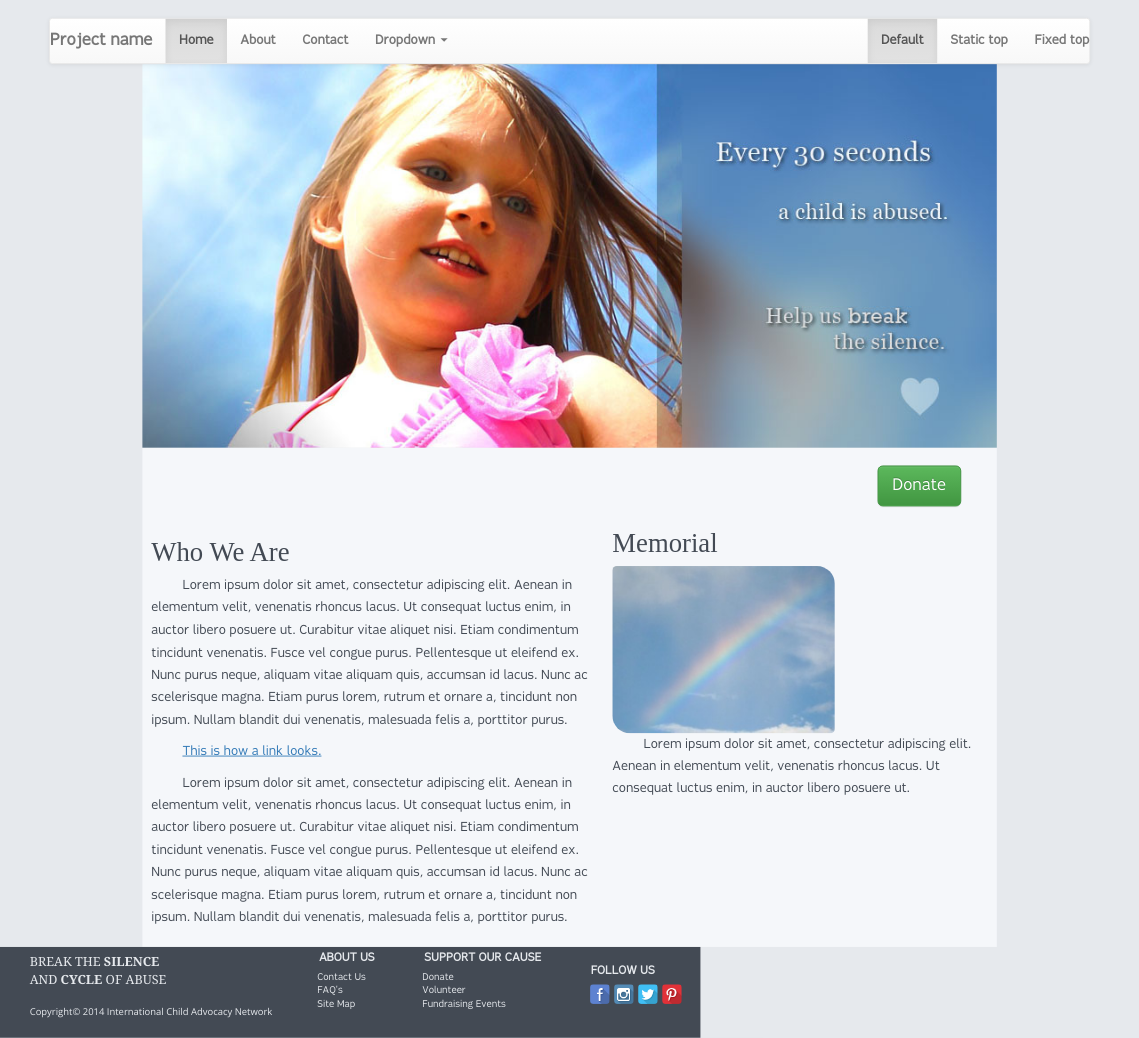
Repository: Rob21789/Yes-I-Can
Page: index.html
The author's editor kept a record of every edit. The page is drawn from the files as they stood at one moment, then again after the next edit.
The browser window is 1280 px wide. The pictures show the whole page, at 89% of full size.
Some web fonts or font styles are not loaded; a fallback is used. Some web libraries are served in a nearby version.

Above is the page before.
Not found: assets/js/ie-emulation-modes-warning.js
Not found: assets/js/ie10-viewport-bug-workaround.js

### index.html
<!DOCTYPE html>
<html lang="en">
  <head>
    <meta http-equiv="X-UA-Compatible" content="IE=edge">
    <meta name="viewport" content="width=device-width, initial-scale=1">
    <!--  ****ADD IN DESCRIPTION AND CONTENT*****
    <meta name="description" content="">
    <meta name="author" content="">
    -->
 	<meta charset="utf-8">
	<title>Yes ICAN: International Child Advocacy Network</title>
	    <!-- Bootstrap core CSS -->


      <!-- Custom styles for this template -->
  <script src="../../assets/js/ie-emulation-modes-warning.js"></script>


    <link href="css/bootstrap.min.css" rel="stylesheet">

    <link href="css/bootstrap-theme.min.css" rel="stylesheet">

  <link href="navbar.css" rel="stylesheet">
	<link rel="stylesheet" href="css/normalize.css"/>
	<link rel="stylesheet" href="css/main.css"/>
	<link rel="stylesheet" href="css/responsive1.css"/>
	<!--<meta name="viewport" content="width=device-width, maximum-scale=1; minimum-scale=1; initial-scale=1.0"> COMMENTED OUT FOR BOOTSTRAP TESTING-->
	<link href='http://fonts.googleapis.com/css?family=Droid+Serif:700|Open+Sans' rel='stylesheet' type='text/css'>
  </head>



  <body>

  	    <div class="container">

      <!-- Static navbar -->
      <nav class="navbar navbar-default">
        <div class="container-fluid">
          <div class="navbar-header">
            <button type="button" class="navbar-toggle collapsed" data-toggle="collapse" data-target="#navbar" aria-expanded="false" aria-controls="navbar">
              <span class="sr-only">Toggle navigation</span>
              <span class="icon-bar"></span>
              <span class="icon-bar"></span>
              <span class="icon-bar"></span>
            </button>
            <a class="navbar-brand" href="#">Project name</a>
          </div>
          <div id="navbar" class="navbar-collapse collapse">
            <ul class="nav navbar-nav">
              <li class="active"><a href="#">Home</a></li>
              <li><a href="#">About</a></li>
              <li><a href="#">Contact</a></li>
              <li class="dropdown">
                <a href="#" class="dropdown-toggle" data-toggle="dropdown" role="button" aria-expanded="false">Dropdown <span class="caret"></span></a>
                <ul class="dropdown-menu" role="menu">
                  <li><a href="#">Action</a></li>
                  <li><a href="#">Another action</a></li>
                  <li><a href="#">Something else here</a></li>
                  <li class="divider"></li>
                  <li class="dropdown-header">Nav header</li>
                  <li><a href="#">Separated link</a></li>
                  <li><a href="#">One more separated link</a></li>
                </ul>
              </li>
            </ul>
            <ul class="nav navbar-nav navbar-right">
              <li class="active"><a href="./">Default <span class="sr-only">(current)</span></a></li>
              <li><a href="../navbar-static-top/">Static top</a></li>
              <li><a href="../navbar-fixed-top/">Fixed top</a></li>
            </ul>
          </div><!--/.nav-collapse -->
        </div><!--/.container-fluid -->
      </nav>
    </div> <!-- /container -->


    <!-- Bootstrap core JavaScript
    ================================================== -->
    <!-- Placed at the end of the document so the pages load faster -->
    <script src="https://ajax.googleapis.com/ajax/libs/jquery/1.11.1/jquery.min.js"></script>
    <script src="../../dist/js/bootstrap.min.js"></script>
    <!-- IE10 viewport hack for Surface/desktop Windows 8 bug -->
    <script src="../../assets/js/ie10-viewport-bug-workaround.js"></script>

  <!--END BOOTSTRAP code-->



 <!--
	<header>

		COMMENT: This is where my header was, but I am commenting it out for editing

		<img id="header" src="img/header.jpg"/> Include transparent logo PNG here
		<div id="header"><a href="index.html"><img id="logo" alt="site logo" src="img/logo.png"/></a></div>


		<nav>
			<ul>
			    <li><a class="selected" href="index.html">Home</a></li>
				<li><a href="chat.html">Get Help</a></li>
				<li><a href="http://community.yesican.org">Community</a></li>
				<li><a href="resources.html">Resources</a></li>
				<li><a href="about.html">About YIC</a></li>
				<li><a href="supportyic.html">Get Involved</a></li>
				<li><a href="donate.html">Donate</a></li>
			</ul>
		</nav>
	</header>
-->

	<img id="banner" alt="home page banner" src="img/banner.jpg"/>
	<!--The main content of the website will go inside of the #wrapper id. It is divided into two sections: #primary & #secondary.-->
	<div id="wrapper">
		<!-- Two sections have been created for desktop view to have two columns. Mobile website will just be stacked-->
		<div id="content">
			<section class="secondary">
				<div style="text-center"></div><button type="button" class="btn pull-right btn-lg btn-success">Donate</button></div>
			</section>
			<section id="primary"><!--Left column content goes here-->
				<h2>Who We Are</h2>
				<p>Lorem ipsum dolor sit amet, consectetur adipiscing elit. Aenean in elementum velit, venenatis rhoncus lacus. Ut consequat luctus enim, in auctor libero posuere ut. Curabitur vitae aliquet nisi. Etiam condimentum tincidunt venenatis. Fusce vel congue purus. Pellentesque ut eleifend ex. Nunc purus neque, aliquam vitae aliquam quis, accumsan id lacus. Nunc ac scelerisque magna. Etiam purus lorem, rutrum et ornare a, tincidunt non ipsum. Nullam blandit dui venenatis, malesuada felis a, porttitor purus.</p>
				<p><a href="#">This is how a link looks.</a></p>
				<p>Lorem ipsum dolor sit amet, consectetur adipiscing elit. Aenean in elementum velit, venenatis rhoncus lacus. Ut consequat luctus enim, in auctor libero posuere ut. Curabitur vitae aliquet nisi. Etiam condimentum tincidunt venenatis. Fusce vel congue purus. Pellentesque ut eleifend ex. Nunc purus neque, aliquam vitae aliquam quis, accumsan id lacus. Nunc ac scelerisque magna. Etiam purus lorem, rutrum et ornare a, tincidunt non ipsum. Nullam blandit dui venenatis, malesuada felis a, porttitor purus.</p>
			</section>

			<section class="secondary"><!--Right column content goes here-->
				<h2>Memorial</h2>
				<img alt="Memorial List" src="img/memorial_list.jpg"/>
				<p>Lorem ipsum dolor sit amet, consectetur adipiscing elit. Aenean in elementum velit, venenatis rhoncus lacus. Ut consequat luctus enim, in auctor libero posuere ut.</p>
			</section>
		</div>
	</div>

	<!--Footer still needs to be completed-->
	<footer>
		<div id="footer-right">
			<ul>
				<li>ABOUT US</li>
				<li><a href="">Contact Us</a></li>
				<li><a href="">FAQ's</a></li>
				<li><a href="">Site Map</a></li>
			</ul>
			<ul>
				<li>SUPPORT OUR CAUSE</li>
				<li><a href="">Donate</a></li>
				<li><a href="">Volunteer</a></li>
				<li><a href="">Fundraising Events</a></li>
			</ul>
			<ul>
				<li>FOLLOW US</li>
				<li>
					<a href="#Facebook"><img src="img/facebook-icon.png" alt="Facebook Logo" class="social-icon"></a>
					<a href="#Instagram"><img src="img/instagram-icon.png" alt="Instagram Logo" class="social-icon"></a>
					<a href="#Twitter"><img src="img/twitter-icon.png" alt="Twitter Logo" class="social-icon"/></a>
					<a href="#Pinterest"><img src="img/pinterest-icon.png" alt="Pinterest Logo" class="social-icon"/></a>
				</li>
			</ul>
		</div>
		<div id="footer-left">
			<p id="footer-slogan">BREAK THE <strong>SILENCE</strong> <br>AND <strong>CYCLE</strong> OF ABUSE</p>
			<p id="copyright">Copyright&copy; 2014 International Child Advocacy Network</p>
		</div>
	</footer>
  </body>
</html>

### css/navbar.css
body {
  padding-top: 20px;
  padding-bottom: 20px;
}

.navbar {
  margin-bottom: 0px;
}

nav a {
  text-decoration:none;
}

### css/main.css
/***********************
GENERAL
***********************/
a {
    text-decoration: underline;
}

a:hover {
    text-decoration: underline;
}

img {

    max-width: 100%;
}

body {
    /*font-family: 'Fabrica', 'Courier New';*/
    font-family: 'Open Sans', sans-serif;
    background-color:#e6e9ed;
    color: #434a54;
}

#wrapper{
    max-width:960px;
    margin: 0 auto;
    background-color: #f5f7fa;
    overflow: auto; /*This fixed the wrapper background color problem that happened bc floating content*/
    line-height: 1.8em;
}
#wrapper img {
    border-radius:5px 20px 5px;
}

#wrapper p {
    text-indent: 2.5em;
}

#banner {
    margin-left: auto;
    margin-right:auto;
    padding: 0;
    display:block;
    clear:both;
}

#content {
    padding:20px 40px;
    padding-bottom:50px;
}

h1, h2, h3 {
    font-family: 'Droid Serif', serif;
}

.selected {
     color:#0B108C;
    text-decoration: none;
}


/***********************
HEADER - Top image strip above banner
***********************/
#logo {
    text-align:right;
    max-height:100%;
    max-width:100%;
    padding: 10px 0px 10px 30px;
}

#header {
    background-image: url(../img/header.jpg);
    background-repeat: no-repeat;
    background-position: top;
    margin: 0 auto;
    max-width:960px;
}

/*Commented out for testing new header technique
#header {
margin-left: auto;
margin-right: auto;
padding: 0;
display: block;
clear: both;
font-family: 'Fabrica', Arial;
}

*******/

/***********************
NAVIGATION - Main site navigation
***********************/

/**
nav{
    background-color:#4888dc;
    text-align:center;
    color:blue;
    max-width:960px;
    margin: 0 auto;
    text-align:center;
    font-size:1.2em;
}
nav ul{
    list-style:none;
    margin:0 10px; /*Can be change later on in the design if it doesn't work*/
}
nav li{
    /*Inline, mostly text. Appears in the same line, inline as the rest of the text. Block
      pushes other items out of the page. Inline block maintains width and
      height but is in line with other images*/
    display:inline-block;
    list-style:none;
    padding:1%;
    /*padding: .4em 1.5em;*/
}

nav a {
    font-weight: 800;
}

nav a:visited, nav a:link {
    color:#f5f7fa;
    text-decoration: none;
}

nav a:hover {
    color:#0B108C;
    text-decoration: none;
}


nav ul li a.selected { /*Highlights current page for users*/
    color:#0B108C;
}

/**********************
FOOTER
**********************/
footer {
    font-family: 'Open Sans', sans-serif;
    max-width:950px;
    background-color:#434a54;
    font-size:0.75em;
    clear:both;
    color:#e6e9ed; overflow:auto;
    margin: 0 auto;
    padding:5px;
}
footer h3{
    padding-left: .9em;
    font-family: 'Open Sans', sans-serif;
}
footer ul {
    display:inline-block;
    list-style-type: none;
    }
footer ul li{
    list-style:none;
    text-decoration:none;
    margin-left: 1em;
}
footer ul li a{
    color:#e6e9ed;
    text-decoration:none;
}

footer a:hover {
    color:#FFFFFF; /*Change hover color to make it more prominent*/
}


/**********************
RIGHT SIDE OF FOOTER - Contains links and social media icons
**********************/
#footer-right {
    float:right;
    margin-right:15px;
}

#footer-right li:nth-child(1) { /*Styles footer headers*/
    font-weight:bold;
    font-size:1.2em;
    padding-bottom:4px;
}

.social-icon {
    display:inline-block;
    width:24px;
    height:24px;
    margin-bottom:22.7px; /*controls height of "follow us" in footer*/
    padding:1px;
    border-radius: 20%;
}

/**********************
LEFT SIDE OF FOOTER - Contains copyright and slogan
**********************/
#footer-left {
    float:left;
    padding-left: 2em;
    text-align:left;
    font-size: 1.35em;
    display:inline-block;
    line-height: 1.5em;
}

#footer-slogan {
    font-family: 'Georgia', 'Droid Serif', sans-serif;
}

#copyright{
    font-size: .75em;
    text-align:left;
    margin-top: 5px;
    display:inline-block;
    font-family: 'Open Sans', sans-serif;
}

/***********************
CONTENT TEMPLATE - Content template for all other pages
***********************/

### css/responsive1.css
/*This is the placeholder for responsive CSS that we will implement for mobile design*/

/* Smartphones ----------- */
@media screen and (max-width: 519px){
/* Styles */

  #content{
    float:none;
    padding:0;
    width: auto;
  }

  img{
    max-width: 100%;
    height: auto;
    width:auto\9; /*for ie8*/
  }

  body{
    float:left;
    font-family: 'Fabrica';
  }

  #logo {
   margin-right:auto;
   max-width: 100%;
   height: auto;
   padding: 0;
  }

  #wrapper{
    margin: 0 auto;
  }
  #wrapper p{
    text-indent: 0;
  }

  h1, h2, h3 {
    font-family: 'Fabrica';
  }

  nav{
    position: relative;
    min-height: 40px;
  }

  nav ul{
    position:absolute;
    width: 180px;
    padding: 5px,0;
    top: 0;
    left: 0;
    border: solid 1px #aaa;
    background: #fff url(../img/menu-bar-mobile.jpg) no-repeat 10px 11px;
    border-radius: 5px;
    box-shadow: 0 1px 2px rgba(0,0,0,.3);
  }

  nav ul:hover li{
    display: block;
    margin: 0 0 5px;
  }

  nav a:hover {
    display:block;
  }

  nav li{
    display:none;
    margin:none;
  }

  #banner{
    display: none;
  }

  footer{
    font-family: 'Fabrica';
    float:left;
  }
}

/*Ipads and Tablets*/
@media screen and (min-width:960px) and (max-device-width: 1024px) and (orientation: landscape){
  footer{
    font-family: 'Fabrica';
    float: left;
  }

  body{
    font-family: 'Fabrica';
  }

   #primary {
    width: 55%;
    float: left;
    padding:10px;
  }

  #secondary {
    width: 30%;
    float: right;
    padding:10px;
  }
}

/* Desktops and laptops ----------- */
@media screen and (min-width: 1200px){
/* Styles */
  #primary {
    width: 55%;
    float: left;
    padding:10px;
  }

  #secondary {
    width: 30%;
    float: right;
    padding:10px;
  }
}

/*************************************
  TWO COLUMN LAYOUT

 Will target anything larger than average smartphone.
This is helpful for normal sized tablets, very large smartphones, and very small desktop windows.
***************************************/
@font-face {
    font-family: 'Fabrica';
    font-style: normal;
    font-weight: 100;
    src: local('Fabrica'), local('Fabrica'), url('/font/Fabrica.otf') format('opentype');
    }

Loaded but not shown: css/bootstrap.min.css (library); css/bootstrap-theme.min.css (library); css/normalize.css (library); js/bootstrap.min.js (library)

After the next edit:
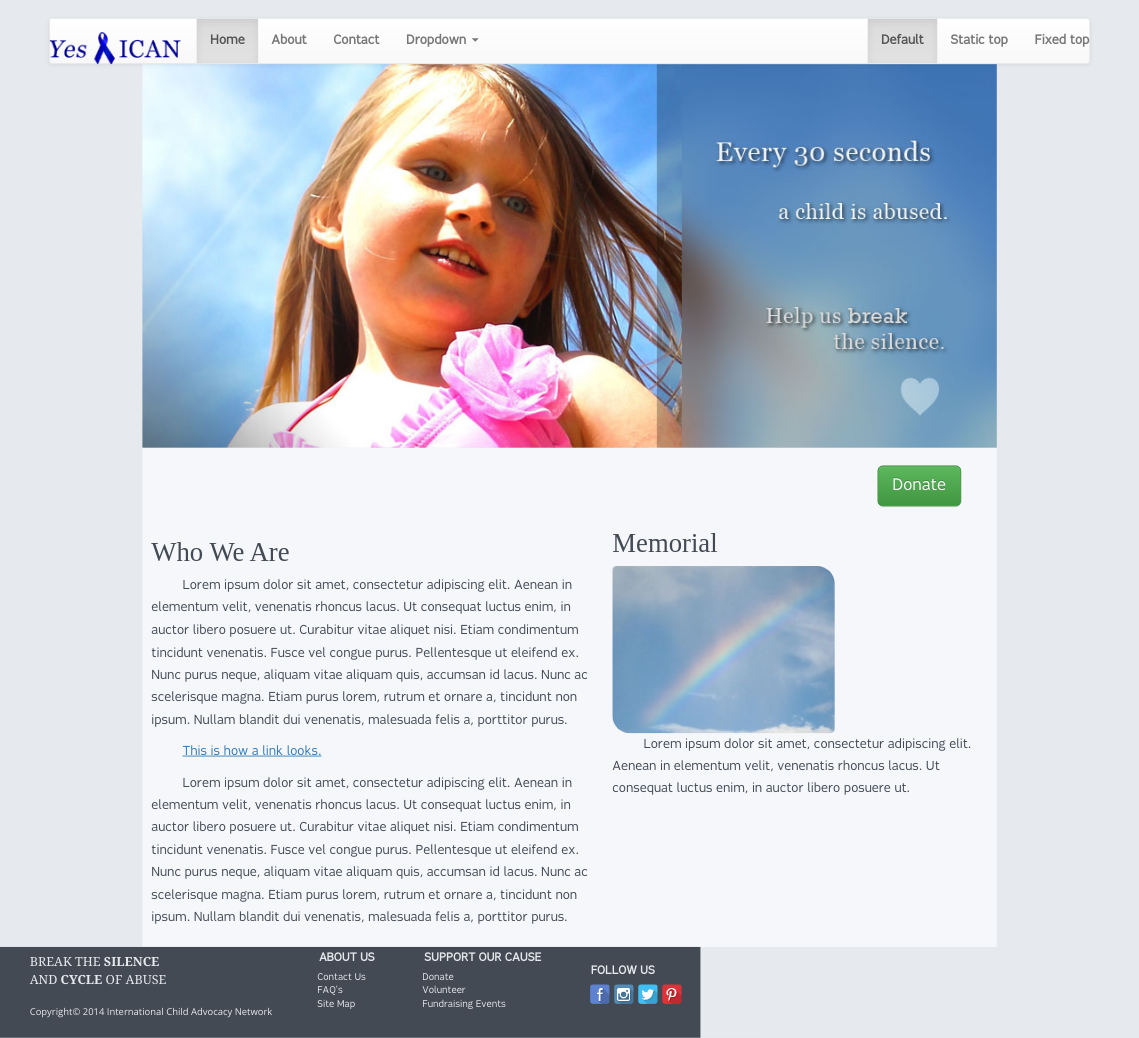
The edit:
--- a/index.html
+++ b/index.html
@@ -44,7 +44,9 @@
               <span class="icon-bar"></span>
               <span class="icon-bar"></span>
             </button>
-            <a class="navbar-brand" href="#">Project name</a>
+            <a class="navbar-brand" href="index.html">
+            	<img alt="site logo" src="img/logo_short_sm.png"/>
+            </a>
           </div>
           <div id="navbar" class="navbar-collapse collapse">
             <ul class="nav navbar-nav">
